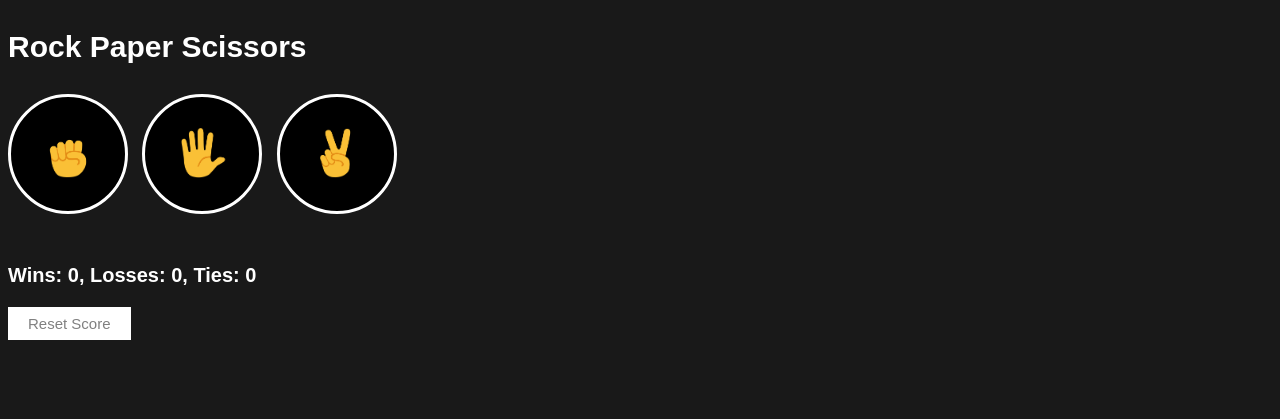
Repository: Samkiroko/Javascript-course
Page: 10-rock-paper-scissior.html
An editor plug-in stored every save of this project. The page is shown before and after the next save, followed by the edit.
The browser window is 1280 px wide. The pictures show the whole page.

Above is the page before, as saved 2023-08-28 11:43:07.

After the next save:
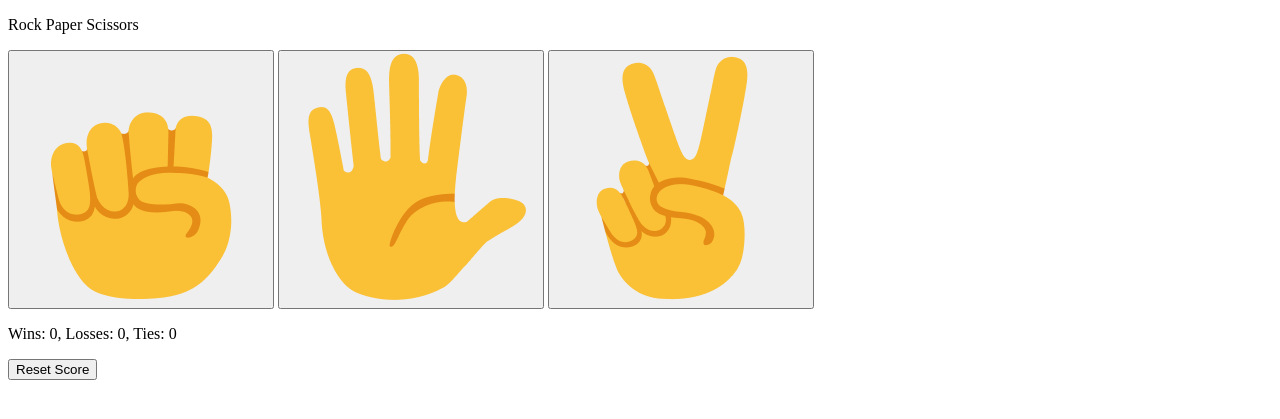
Saved 52 s later.
--- a/10-rock-paper-scissior.html
+++ b/10-rock-paper-scissior.html
@@ -2,47 +2,7 @@
 <html>
   <head>
     <title>Rock Paper Scissors</title>
-    <style>
-      body {
-        background-color: #191919;
-        color: white;
-        font-family: sans-serif;
-      }
-      .title {
-        font-size: 30px;
-        font-weight: bold;
-      }
-      .move-icon {
-        height: 50px;
-      }
-      .move-button {
-        border: 3px solid white;
-        background-color: black;
-        width: 120px;
-        height: 120px;
-        border-radius: 60%;
-        margin-right: 10px;
-        cursor: pointer;
-      }
-      .result {
-        font-size: 25px;
-        font-weight: bold;
-        margin-top: 50px;
-      }
-      .score {
-        font-size: 20px;
-        font-weight: bold;
-        margin-top: 50px;
-      }
-      .reset-button {
-        background-color: white;
-        border: none;
-        color: gray;
-        font-size: 15px;
-        padding: 8px 20px;
-        cursor: pointer;
-      }
-    </style>
+    <link rel="stylesheet" href="style.css" />
   </head>
   <body>
     <p class="title">Rock Paper Scissors</p>
